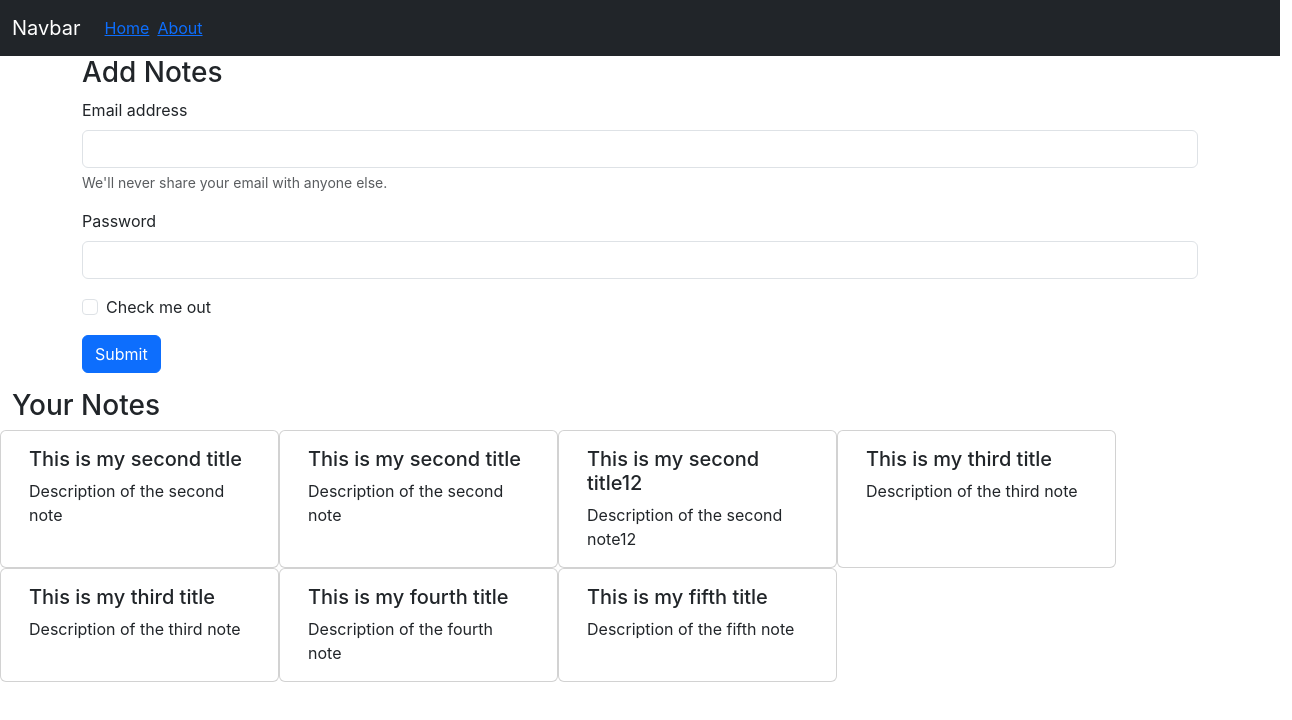
Repository: alphacode77/DailyNotes-react
Page: /
An editor plug-in stored every save of this project. The page is shown before and after the next save, followed by the edit.
The browser window is 1280 px wide. The page is 1280 px wide, then 1292 px, then 1280 px, so the pictures cover 1292 px, including what lies to the right of the window. The pictures show the whole page.
Some web libraries are served in a nearby version. The project was rebuilt for these pictures with package versions that can differ from the ones it lists, and the page was loaded fresh each time. Also part of the build but not shown: src/App.css, src/components/About.js.

Above is the page before, as saved 2023-02-28 16:44:11.

### public/index.html
<!DOCTYPE html>
<html lang="en">
  <head>
    <meta charset="utf-8" />
    <link rel="icon" href="%PUBLIC_URL%/favicon.ico" />
    <meta name="viewport" content="width=device-width, initial-scale=1" />
    <meta name="theme-color" content="#000000" />
    <meta
      name="description"
      content="Web site created using create-react-app"
    />
    <link rel="apple-touch-icon" href="%PUBLIC_URL%/logo192.png" />
    <!--
      manifest.json provides metadata used when your web app is installed on a
      user's mobile device or desktop. See https://developers.google.com/web/fundamentals/web-app-manifest/
    -->
    <link rel="manifest" href="%PUBLIC_URL%/manifest.json" />
    <!--
      Notice the use of %PUBLIC_URL% in the tags above.
      It will be replaced with the URL of the `public` folder during the build.
      Only files inside the `public` folder can be referenced from the HTML.

      Unlike "/favicon.ico" or "favicon.ico", "%PUBLIC_URL%/favicon.ico" will
      work correctly both with client-side routing and a non-root public URL.
      Learn how to configure a non-root public URL by running `npm run build`.
    -->
    <link href="https://cdn.jsdelivr.net/npm/bootstrap@5.3.0-alpha1/dist/css/bootstrap.min.css" rel="stylesheet" integrity="sha384-GLhlTQ8iRABdZLl6O3oVMWSktQOp6b7In1Zl3/Jr59b6EGGoI1aFkw7cmDA6j6gD" crossorigin="anonymous">
    <title>React App</title>
  </head>
  <body>
    <noscript>You need to enable JavaScript to run this app.</noscript>
    <div id="root"></div>
    <!--
      This HTML file is a template.
      If you open it directly in the browser, you will see an empty page.

      You can add webfonts, meta tags, or analytics to this file.
      The build step will place the bundled scripts into the <body> tag.

      To begin the development, run `npm start` or `yarn start`.
      To create a production bundle, use `npm run build` or `yarn build`.
    -->
    <script src="https://cdn.jsdelivr.net/npm/bootstrap@5.3.0-alpha1/dist/js/bootstrap.bundle.min.js" integrity="sha384-w76AqPfDkMBDXo30jS1Sgez6pr3x5MlQ1ZAGC+nuZB+EYdgRZgiwxhTBTkF7CXvN" crossorigin="anonymous"></script>
    <script src="https://kit.fontawesome.com/320aa9be75.js" crossorigin="anonymous"></script>
  </body>
</html>

### src/index.css
body {
  margin: 0;
  font-family: -apple-system, BlinkMacSystemFont, 'Segoe UI', 'Roboto', 'Oxygen',
    'Ubuntu', 'Cantarell', 'Fira Sans', 'Droid Sans', 'Helvetica Neue',
    sans-serif;
  -webkit-font-smoothing: antialiased;
  -moz-osx-font-smoothing: grayscale;
}

code {
  font-family: source-code-pro, Menlo, Monaco, Consolas, 'Courier New',
    monospace;
}


/* Custom Styles */
i{
  cursor: pointer;
}

### src/App.js
import './App.css';
import Navbar from './components/Navbar';
import Home from './components/Home';
import About from './components/About';
import NoteState from './Context/Notes/NoteState';
import {
  BrowserRouter as Router,
  Route,
  Routes
} from "react-router-dom";

function App() {
  return (
    <>
    <NoteState>


    <Router>
    <Navbar/>
    <Routes>
      <Route exact path="/" element={<Home/>} />
      <Route exact path="/about" element={<About/>} />
      {/* <Route exactPath="/navbar" element={<Navbar/>} /> */}
    </Routes>
  </Router>
  </NoteState>

    </>

  );
}

export default App;

### src/components/Navbar.js
import React, { useEffect }  from 'react'
import { Link,useLocation } from 'react-router-dom'

const Navbar = ()=>{
  let location = useLocation();
  useEffect(()=>{

  },[location])
    return (
     <>
     <nav className="navbar navbar-expand-lg bg-dark navbar-dark">
  <div className="container-fluid">
    <Link className="navbar-brand" to="/">Navbar</Link>
    <button className="navbar-toggler" type="button" data-bs-toggle="collapse" data-bs-target="#navbarSupportedContent" aria-controls="navbarSupportedContent" aria-expanded="false" aria-label="Toggle navigation">
      <span className="navbar-toggler-icon"></span>
    </button>
    <div className="collapse navbar-collapse" id="navbarSupportedContent">
      <ul className="navbar-nav me-auto mb-2 mb-lg-0">
        <li className="nav-item mx-2">
          <Link className={`"nav-link" ${location.pathname==="/"?"active":""}`} aria-current="page" to="/">Home</Link>
        </li>
        <li className="nav-item">
          <Link className={`"nav-link" ${location.pathname==="/about"?"active":""}`} to="/about">About</Link>
        </li>
      </ul>

    </div>
  </div>
</nav>
     </>
    )
}

export default Navbar

### src/components/Home.js
import React from "react"
import Notes from "./Notes"

const Home =()=>{

    return(
        <>
        <div className="container">
        <h3>Add Notes</h3>
        <form>
  <div className="mb-3 ">
    <label for="exampleInputEmail1" className="form-label">Email address</label>
    <input type="email" className="form-control" id="exampleInputEmail1" aria-describedby="emailHelp"/>
    <div id="emailHelp" className="form-text">We'll never share your email with anyone else.</div>
  </div>
  <div className="mb-3">
    <label for="exampleInputPassword1" className="form-label">Password</label>
    <input type="password" className="form-control" id="exampleInputPassword1"/>
  </div>
  <div className="mb-3 form-check">
    <input type="checkbox" className="form-check-input" id="exampleCheck1"/>
    <label className="form-check-label" for="exampleCheck1">Check me out</label>
  </div>
  <button type="submit" className="btn btn-primary">Submit</button>
</form>
</div>
<Notes/>
        </>
    )
}

export default Home

### src/Context/Notes/NoteState.js
import React, { useState } from "react";
import NoteContext from "./NoteContext"


const NoteState = (props) => {

  const initalNotes = [
    {
      "_id": "63f3b6c17c6863985aada677be",
      "user": "63f20b9a00ad623ad3d4dae2",
      "title": "This is my second title",
      "description": "Description of the second note",
      "tag": "demo check",
      "date": "2023-02-20T18:07:03.296Z",
      "__v": 0
    },
    {
      "_id": "63f3b892a233086ff244bcc267",
      "user": "63f20b9a00ad623ad3d4dae2",
      "title": "This is my second title",
      "description": "Description of the second note",
      "tag": "demo check",
      "date": "2023-02-20T18:14:42.184Z",
      "__v": 0
    },
    {
      "_id": "63f3b89ca324086ff244bcc26b",
      "user": "63f20b9a00ad623ad3d4dae2",
      "title": "This is my second title12",
      "description": "Description of the second note12",
      "tag": "demo check",
      "date": "2023-02-20T18:14:52.449Z",
      "__v": 0
    },
    {
      "_id": "63f49f588821556f0ed94969e",
      "user": "63f20b9a00ad623ad3d4dae2",
      "title": "This is my third title",
      "description": "Description of the third note",
      "tag": "personal",
      "date": "2023-02-21T10:39:20.800Z",
      "__v": 0
    },
    {
      "_id": "63f49f5888215665f0ed94969e",
      "user": "63f20b9a00ad623ad3d4dae2",
      "title": "This is my third title",
      "description": "Description of the third note",
      "tag": "personal",
      "date": "2023-02-21T10:39:20.800Z",
      "__v": 0
    },
    {
      "_id": "63f900232ae5c6479c6e95d43e",
      "user": "63f20b9a00ad623ad3d4dae2",
      "title": "This is my fourth title",
      "description": "Description of the fourth note",
      "tag": "personal",
      "date": "2023-02-24T18:21:30.036Z",
      "__v": 0
    },
    {
      "_id": "63f90b33480d38d651f2ba231",
      "user": "63f20b9a00ad623ad3d4dae2",
      "title": "This is my fifth title",
      "description": "Description of the fifth note",
      "tag": "personal",
      "date": "2023-02-24T19:08:35.605Z",
      "__v": 0
    }
  ]
  const [notes, setNotes] = useState(initalNotes)

  //Add Notes
  const addNote = (title, description, tag) => {
    let note = {
      "_id": "63f90022ae5c6479c6e95d43e",
      "user": "63f20b9a00ad623ad3d4dae2",
      "title": title,
      "description": description,
      "tag": tag,
      "date": "2023-02-24T18:21:30.036Z",
      "__v": 0
    }
    setNotes(notes.concat(note))
  }

  //Delete Notes
  const deleteNote = () => {

  }

  //Update Notes
  const updateNote = () => {

  }
  return (
    <NoteContext.Provider value={{ notes, setNotes, addNote, deleteNote, updateNote }}>
      {props.children}
    </NoteContext.Provider>

  )
}

export default NoteState;

### src/components/Notes.js
import React,{ useContext } from 'react'
import NoteContext from "../Context/Notes/NoteContext"
import Noteitem from './Noteitem';

function Notes() {
  const context = useContext(NoteContext);
  const{notes,setNotes} = context
  return (
  <>
  <div className="container row my-3">
  <h3>Your Notes</h3>
  {notes.map((note)=>{
    return <Noteitem  note={note} />
  })}
</div>
  </>
  )
}

export default Notes

### src/Context/Notes/NoteContext.js
import {createContext} from 'react'

const NoteContext = createContext();

export default NoteContext;

### src/components/Noteitem.js
import React from 'react'

const Noteitem = (props) => {
  const { note } = props
  return (
    <>

        <div className="card col-md-3">
          <div className="card-body">
            <h5 className="card-title">{note.title}</h5>
            <p className="card-text">{note.description}</p>
          </div>
        </div>


    </>
  )
}

export default Noteitem

Loaded but not shown: src/index.js (common file)

After the next save:
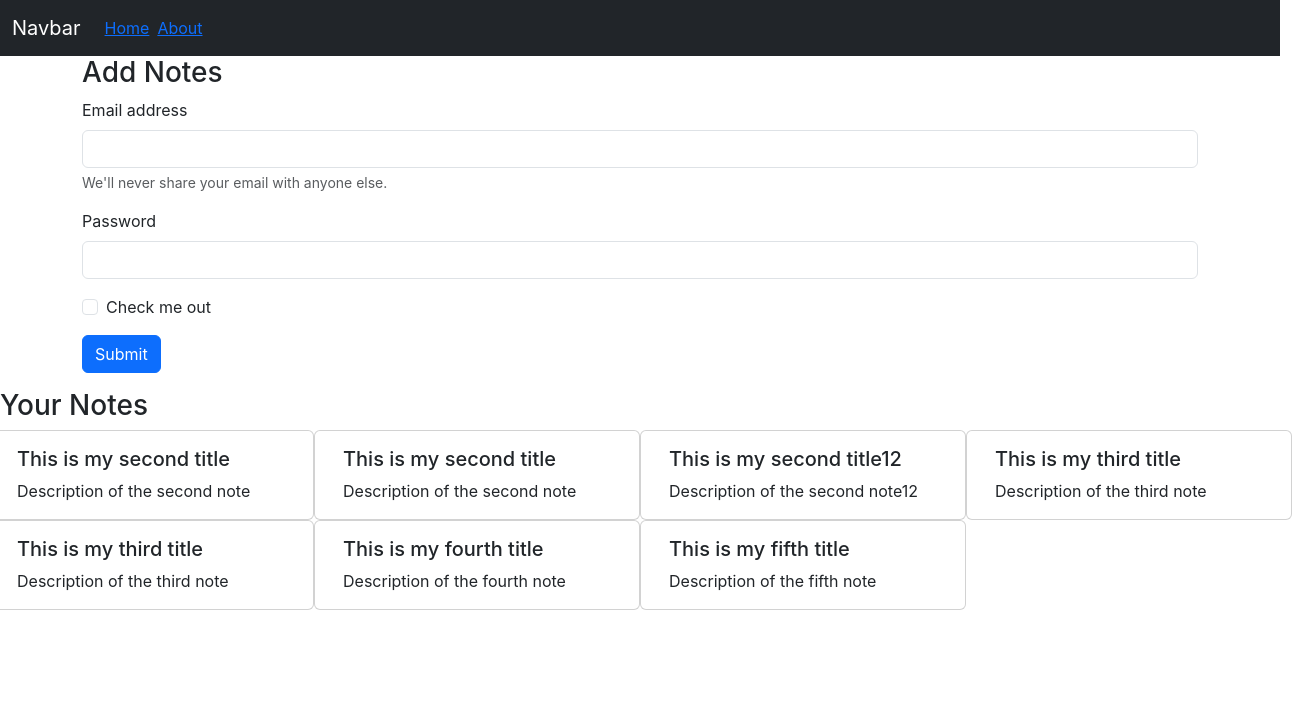
Saved 40 s later.
--- a/src/components/Notes.js
+++ b/src/components/Notes.js
@@ -7,7 +7,7 @@
   const{notes,setNotes} = context
   return (
   <>
-  <div className="container row my-3">
+  <div className=" row my-3">
   <h3>Your Notes</h3>
   {notes.map((note)=>{
     return <Noteitem  note={note} />

After the save that followed:
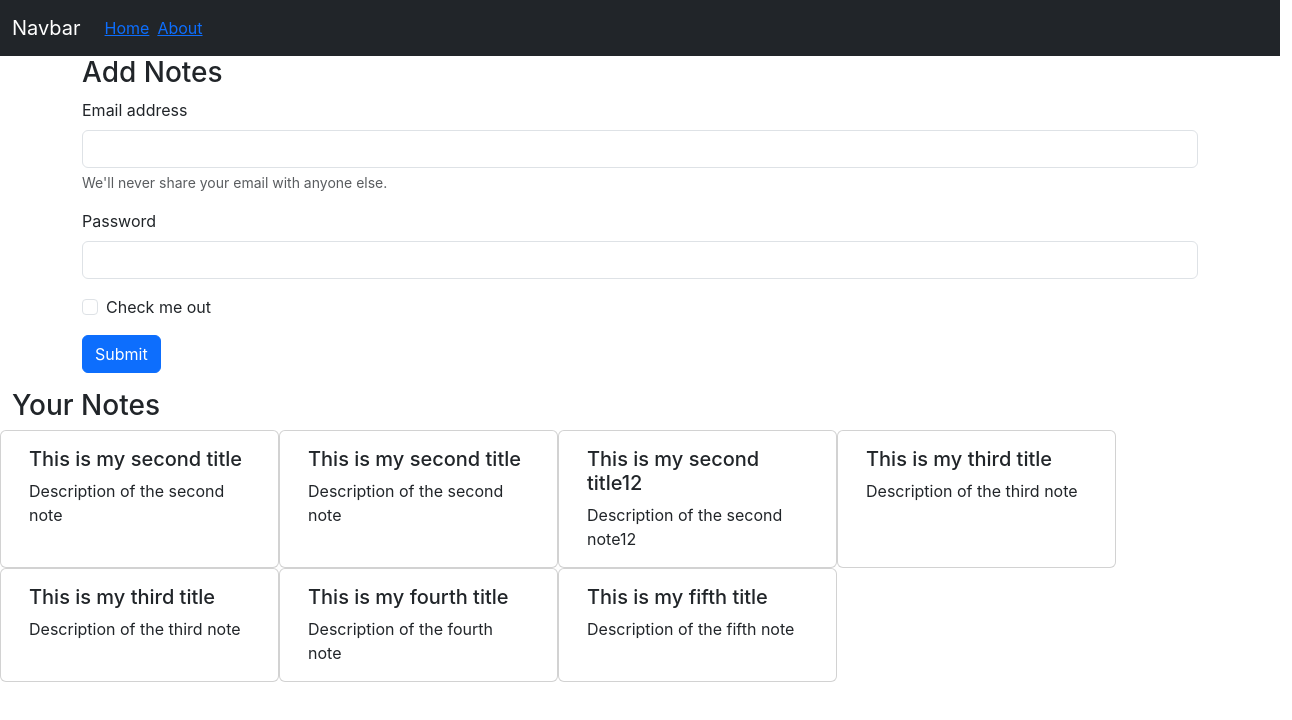
Saved 20 s later.
--- a/src/components/Notes.js
+++ b/src/components/Notes.js
@@ -7,7 +7,7 @@
   const{notes,setNotes} = context
   return (
   <>
-  <div className=" row my-3">
+  <div className="container row my-3">
   <h3>Your Notes</h3>
   {notes.map((note)=>{
     return <Noteitem  note={note} />
